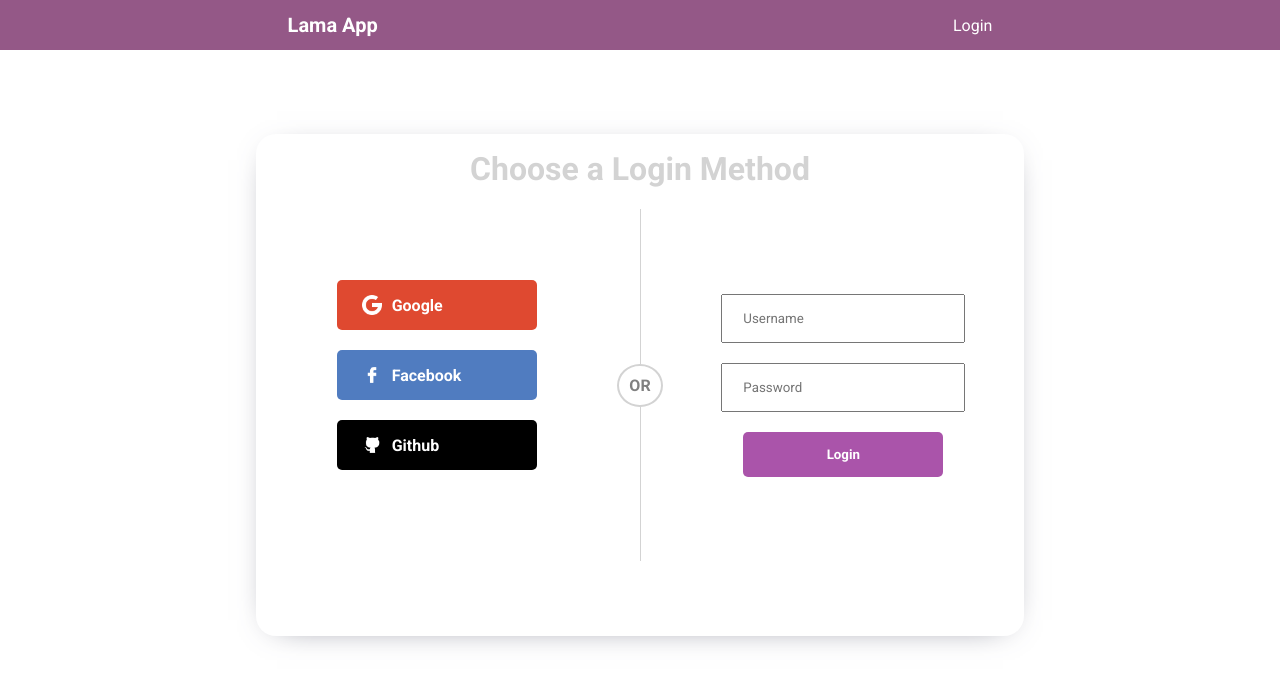
Repository: fdhhhdjd/Authentication-Google-FB-GitHub
Page: /login (app in client/)
These files come from the project's save history. The page is drawn as it stood at one moment and after the next save; the edit follows.
The browser window is 1280 px wide. The pictures show the whole page.
The page's requests for data from a server got no answer. The project was rebuilt for these pictures with package versions that can differ from the ones it lists, and the page was loaded fresh each time. No one was signed in, and anything a server would have sent is missing. Also part of the build but not shown: client/src/Components/Card.js, client/src/Utils/Data.js, client/src/Pages/Home.js, client/src/Pages/Post.js.

Above is the page before, as saved 2021-12-28 10:38:32.

### client/public/index.html
<!DOCTYPE html>
<html lang="en">
  <head>
    <meta charset="utf-8" />
    <link rel="icon" href="%PUBLIC_URL%/favicon.ico" />
    <meta name="viewport" content="width=device-width, initial-scale=1" />
    <meta name="theme-color" content="#000000" />
    <meta
      name="description"
      content="Web site created using create-react-app"
    />
    <link rel="apple-touch-icon" href="%PUBLIC_URL%/logo192.png" />
    <link
      href="https://fonts.googleapis.com/css2?family=Roboto:wght@100;300;400;500;700;900&display=swap"
      rel="stylesheet"
    />
    <!--
      manifest.json provides metadata used when your web app is installed on a
      user's mobile device or desktop. See https://developers.google.com/web/fundamentals/web-app-manifest/
    -->
    <link rel="manifest" href="%PUBLIC_URL%/manifest.json" />
    <!--
      Notice the use of %PUBLIC_URL% in the tags above.
      It will be replaced with the URL of the `public` folder during the build.
      Only files inside the `public` folder can be referenced from the HTML.

      Unlike "/favicon.ico" or "favicon.ico", "%PUBLIC_URL%/favicon.ico" will
      work correctly both with client-side routing and a non-root public URL.
      Learn how to configure a non-root public URL by running `npm run build`.

    -->
    <style>
      * {
        margin: 0;
        font-family: "Roboto", sans-serif;
      }
    </style>
    <title>Authentication React</title>
  </head>
  <body>
    <noscript>You need to enable JavaScript to run this app.</noscript>
    <div id="root"></div>
    <!--
      This HTML file is a template.
      If you open it directly in the browser, you will see an empty page.

      You can add webfonts, meta tags, or analytics to this file.
      The build step will place the bundled scripts into the <body> tag.

      To begin the development, run `npm start` or `yarn start`.
      To create a production bundle, use `npm run build` or `yarn build`.
    -->
  </body>
</html>

### client/src/App.js
import { useEffect, useState } from "react";
import "./App.css";
import { BrowserRouter, Routes, Route, Navigate } from "react-router-dom";
import { Home, Navbar, Post, Login } from "./Imports/Index";
function App() {
  const [user, setUser] = useState(null);
  useEffect(() => {
    const getUser = () => {
      fetch("http://localhost:5000/auth/login/success", {
        method: "GET",
        credentials: "include",
        headers: {
          Accept: "application/json",
          "Content-Type": "application/json",
          "Access-Control-Allow-Credentials": true,
        },
      })
        .then((response) => {
          if (response.status === 200) return response.json();
          throw new Error("authentication has been failed!");
        })
        .then((resObject) => {
          setUser(resObject.user);
        })
        .catch((err) => {
          console.log(err);
        });
    };
    getUser();
  }, []);
  return (
    <BrowserRouter>
      <div>
        <Navbar user={user} />
        <Routes>
          <Route path="/" element={<Home />} />
          <Route
            path="/login"
            element={user ? <Navigate to="/" /> : <Login />}
          />
          <Route
            path="/post/:id"
            element={user ? <Post /> : <Navigate to="/login" />}
          />
        </Routes>
      </div>
    </BrowserRouter>
  );
}

export default App;

### client/src/App.css
.navbar {
  height: 50px;
  background-color: rgba(102, 16, 83, 0.698);
  color: white;
  display: flex;
  align-items: center;
  justify-content: space-around;
}

.logo {
  font-size: 20px;
  font-weight: bold;
}

.list {
  display: flex;
  align-items: center;
  list-style: none;
}

.listItem {
  margin-right: 20px;
  font-weight: 500;
  cursor: pointer;
}

.avatar {
  width: 32px;
  height: 32px;
  border-radius: 50%;
  object-fit: cover;
}

.home {
  display: flex;
  padding: 50px 100px;
  justify-content: space-between;
  flex-wrap: wrap;
}

.card {
  width: 30%;
  padding: 10px;
  border-radius: 20px;
  -webkit-box-shadow: 0px 5px 33px -21px rgba(66, 68, 90, 1);
  -moz-box-shadow: 0px 5px 33px -21px rgba(66, 68, 90, 1);
  box-shadow: 0px 5px 33px -21px rgba(66, 68, 90, 1);
}

.img {
  width: 100%;
  height: 200px;
  object-fit: cover;
  margin: 20px 0px;
}

.desc {
  color: #333;
  margin-bottom: 20px;
  line-height: 25px;
}

.cardButton {
  border: none;
  border-radius: 10px;
  background-color: rgba(53, 16, 102, 0.678);
  padding: 10px;
  color: white;
  font-weight: bold;
  cursor: pointer;
}

.post {
  display: flex;
  flex-direction: column;
  align-items: center;
}

.postImg {
  width: 100%;
  height: 300px;
  object-fit: cover;
  margin-bottom: 20px;
}

.postDesc {
  padding: 0 100px;
  font-size: 24px;
  font-weight: 300;
  color: gray;
  margin-top: 50px;
}

.postLongDesc {
  padding: 100px;
  padding-top: 50px;
  font-size: 18px;
  line-height: 24px;
}

.login {
  height: calc(100vh - 50px);
  display: flex;
  align-items: center;
  justify-content: center;
}

.wrapper {
  width: 60%;
  height: 75%;
  -webkit-box-shadow: 0px 5px 33px -21px rgba(66, 68, 90, 1);
  -moz-box-shadow: 0px 5px 33px -21px rgba(66, 68, 90, 1);
  box-shadow: 0px 5px 33px -21px rgba(66, 68, 90, 1);
  display: flex;
  align-items: center;
  border-radius: 20px;
}


.left,.right{
  flex: 1;
  display: flex;
  flex-direction: column;
  align-items: center;
}

.center{
  height: 100%;
  display: flex;
  align-items: center;
  justify-content: center;
  position: relative;
}

.or{
  border: 2px solid lightgray;
  border-radius: 50%;
  padding: 10px;
  color: gray;
  background-color: white;
  font-weight: bold;
}

.line{
  width: 0.5px;
  height: 70%;
  background-color: lightgray;
  position: absolute;
  top: 0;
  bottom: 0;
  left: 0;
  right: 0;
  margin: auto;
  z-index: -1;
}

.loginButton{
  width: 150px;
  padding: 15px 25px;
  border-radius: 5px;
  color: white;
  display: flex;
  align-items: center;
  font-weight: bold;
  margin-bottom: 20px;
  cursor: pointer;
}

.google{
  background-color: #df4930;
}
.facebook{
  background-color: #507cc0;
}
.github{
  background-color: black;
}

.icon{
  width: 20px;
  height: 20px;
  margin-right: 10px;
}

input{
  width: 200px;
  padding: 15px 20px;
  margin-bottom: 20px;
}

.submit{
  width: 200px;
  background-color: rgba(128, 0, 128, 0.671);
  color: white;
  font-weight: bold;
  border: none;
  padding: 15px 20px;
  border-radius: 5px;
}

.loginTitle{
  position: absolute;
  top: 150px;
  color:lightgray
}

.link{
  color: inherit;
  text-decoration: none;
}

@media screen and (max-width: 992px) {
  .card {
    width: 100%;
    margin-bottom: 50px;
  }

  .wrapper {
    width: 65%;
    height: 90%;
    flex-direction: column;
  }

  .loginTitle {
    display: none;
  }

  .center {
    width: 100%;
    position: relative;
  }

  .left {
    padding: 20px;
  }

  .right {
    padding: 20px;
  }

  .line {
    height: 0.5px;
    width: 300px;
  }
}

### client/src/Imports/Index.js
export { default as Navbar } from "../Components/Navbar";
export { default as Card } from "../Components/Card";
export { default as Home } from "../Pages/Home";
export { default as Login } from "../Pages/Login";
export { default as Post } from "../Pages/Post";

### client/src/Components/Navbar.js
import React from "react";
import { Link } from "react-router-dom";
const Navbar = ({ user }) => {
  const handleLogout = () => {
    window.open("http://localhost:5000/auth/logout", "_self");
  };
  return (
    <>
      <div className="navbar">
        <span className="logo">
          <Link className="link" to="/">
            Lama App
          </Link>
        </span>
        {user ? (
          <ul className="list">
            <li className="listItem">
              <img src={user.photos[0].value} alt="" className="avatar" />
            </li>
            <li className="listItem">{user.displayName}</li>
            <li className="listItem" onClick={handleLogout}>
              Logout
            </li>
          </ul>
        ) : (
          <Link className="link" to="login">
            Login
          </Link>
        )}
      </div>
    </>
  );
};

export default Navbar;

### client/src/Pages/Login.js
import React from "react";
import Google from "../Img/google.png";
import Facebook from "../Img/facebook.png";
import Github from "../Img/github.png";
const Login = () => {
  const handleGoogle = () => {
    window.open("http://localhost:5000/auth/google", "_self");
  };
  const handleFacebook = () => {};
  const handleGithub = () => {};
  return (
    <>
      <div className="login">
        <h1 className="loginTitle">Choose a Login Method</h1>
        <div className="wrapper">
          <div className="left">
            <div className="loginButton google" onClick={handleGoogle}>
              <img src={Google} alt="" className="icon" />
              Google
            </div>
            <div className="loginButton facebook" onClick={handleFacebook}>
              <img src={Facebook} alt="" className="icon" />
              Facebook
            </div>
            <div className="loginButton github" onClick={handleGithub}>
              <img src={Github} alt="" className="icon" />
              Github
            </div>
          </div>
          <div className="center">
            <div className="line" />
            <div className="or">OR</div>
          </div>
          <div className="right">
            <input type="text" placeholder="Username" />
            <input type="text" placeholder="Password" />
            <button className="submit">Login</button>
          </div>
        </div>
      </div>
    </>
  );
};

export default Login;

Loaded but not shown: client/src/index.js (common file); client/src/index.css (common file); client/src/reportWebVitals.js (common file)

After the next save:
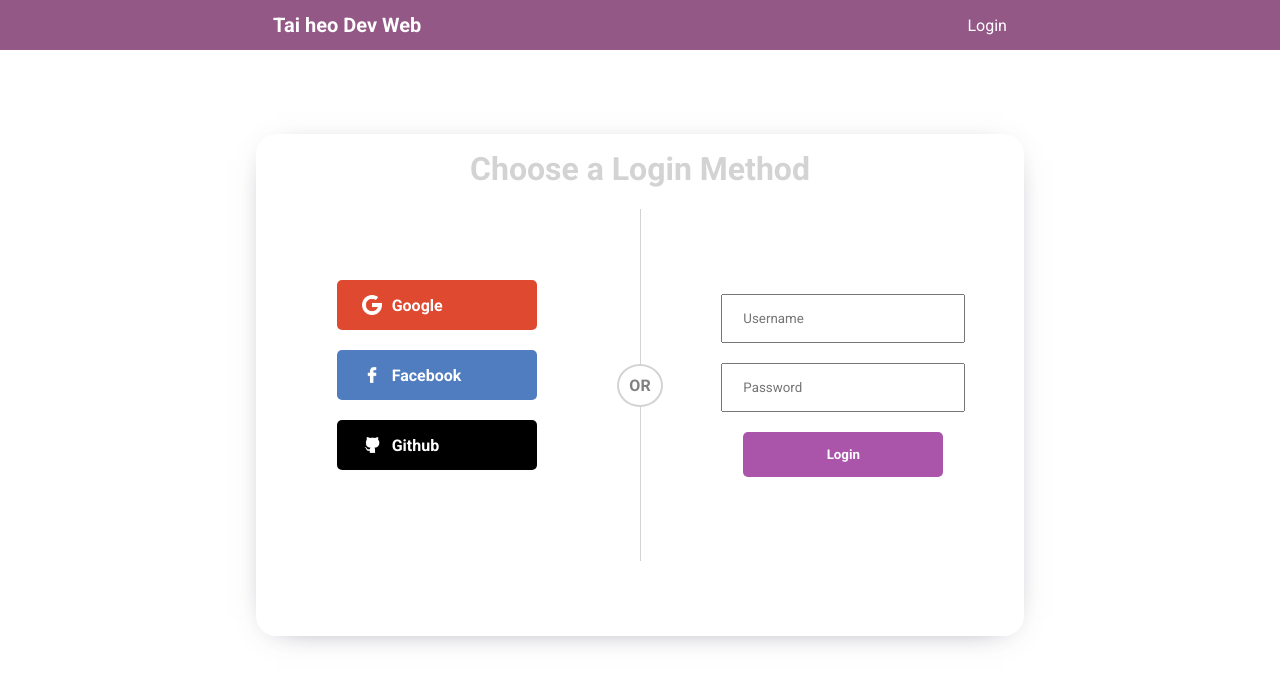
Saved 11 s later.
--- a/client/src/Components/Navbar.js
+++ b/client/src/Components/Navbar.js
@@ -9,7 +9,7 @@
       <div className="navbar">
         <span className="logo">
           <Link className="link" to="/">
-            Lama App
+            Tai heo Dev Web
           </Link>
         </span>
         {user ? (

After the 4 saves that followed:
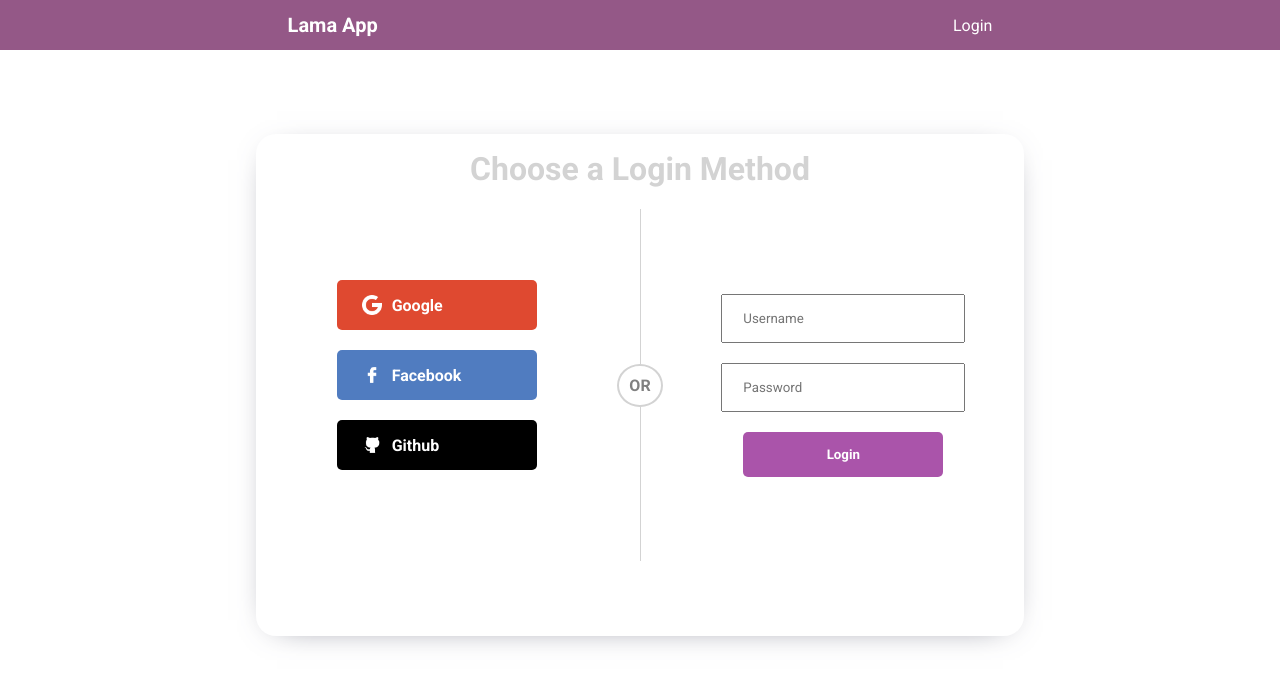
The 4 saves are shown as one change because 1 did not build or start and 2 left the picture as it was.
The last was saved 7 min 57 s later.
--- a/client/src/Components/Navbar.js
+++ b/client/src/Components/Navbar.js
@@ -4,12 +4,13 @@
   const handleLogout = () => {
     window.open("http://localhost:5000/auth/logout", "_self");
   };
+  console.log(user, "alo");
   return (
     <>
       <div className="navbar">
         <span className="logo">
           <Link className="link" to="/">
-            Tai heo Dev Web
+            Lama App
           </Link>
         </span>
         {user ? (
@@ -18,7 +19,7 @@
               <img src={user.photos[0].value} alt="" className="avatar" />
             </li>
             <li className="listItem">{user.displayName}</li>
-            <li className="listItem" onClick={handleLogout}>
+            <li className="listItem" onClick={logout}>
               Logout
             </li>
           </ul>
